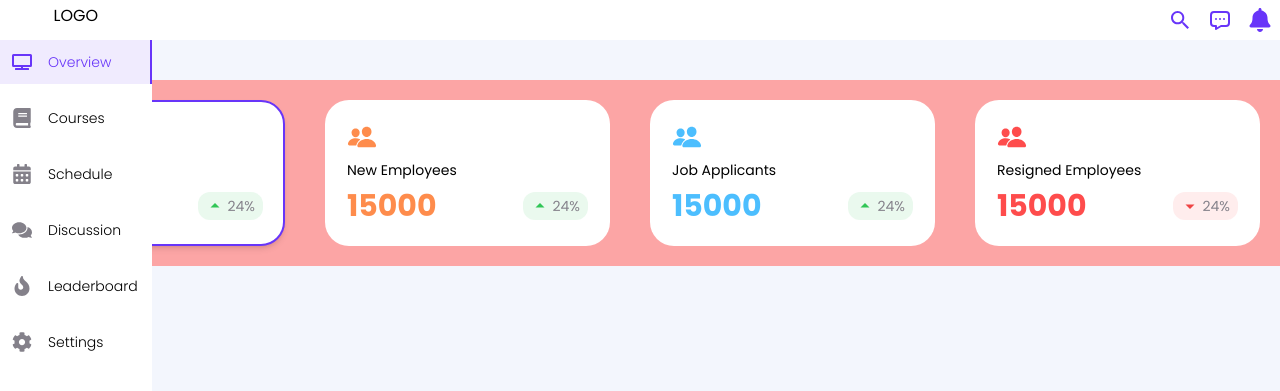
Repository: SpicierEwe/creativeio_hr_dashboard
Page: /
These files come from the project's save history. The page is drawn as it stood at one moment and after the next save; the edit follows.
The browser window is 1280 px wide. The pictures show the whole page.
The project was rebuilt for these pictures with package versions that can differ from the ones it lists, and the page was loaded fresh each time. Also part of the build but not shown: src/components/dashboard/sections/sections_2/section_2.jsx. Imported but missing from the stored project, and not drawn on this page: src/components/dashboard/sections/sections_2/charts/pie_chart.

Above is the page before, as saved 2024-06-28 23:28:24.

### public/index.html
<!DOCTYPE html>
<html lang="en">
  <head>
    <meta charset="utf-8" />
    <link rel="icon" href="%PUBLIC_URL%/favicon.ico" />
    <meta name="viewport" content="width=device-width, initial-scale=1" />
    <meta name="theme-color" content="#000000" />
    <meta
      name="description"
      content="A perfectly optmized HR Dashboard for all screens sizes to give you the best possible user experience no matter the type of screen size you use."
    />
    <link rel="apple-touch-icon" href="%PUBLIC_URL%/logo192.png" />
    <!--
      manifest.json provides metadata used when your web app is installed on a
      user's mobile device or desktop. See https://developers.google.com/web/fundamentals/web-app-manifest/
    -->
    <link rel="manifest" href="%PUBLIC_URL%/manifest.json" />
    <!--
      Notice the use of %PUBLIC_URL% in the tags above.
      It will be replaced with the URL of the `public` folder during the build.
      Only files inside the `public` folder can be referenced from the HTML.

      Unlike "/favicon.ico" or "favicon.ico", "%PUBLIC_URL%/favicon.ico" will
      work correctly both with client-side routing and a non-root public URL.
      Learn how to configure a non-root public URL by running `npm run build`.
    -->
    <title>HR Dashboard</title>
  </head>
  <body>
    <noscript>You need to enable JavaScript to run this app.</noscript>
    <div id="root"></div>
    <!--
      This HTML file is a template.
      If you open it directly in the browser, you will see an empty page.

      You can add webfonts, meta tags, or analytics to this file.
      The build step will place the bundled scripts into the <body> tag.

      To begin the development, run `npm start` or `yarn start`.
      To create a production bundle, use `npm run build` or `yarn build`.
    -->
  </body>
</html>

### src/index.css
@import url('https://fonts.googleapis.com/css2?family=Poppins:ital,wght@0,100;0,200;0,300;0,400;0,500;0,600;0,700;0,800;0,900;1,100;1,200;1,300;1,400;1,500;1,600;1,700;1,800;1,900&display=swap');


@tailwind base;
@tailwind components;
@tailwind utilities;

@layer base {
    :root {
        --color-primary: #ffffff;
        --color-secondary: #f3f6fd;
        --accent: #6835f9;
        --accent-light: #f0ebfe;

        --font-primary: #202020;
        --font-secondary: #84818A;
        --font-tertiary: #47464A;
        /* Corrected the double # */
    }

    .hide-scrollbar::-webkit-scrollbar {
        display: none;
    }

    .hide-scrollbar {
        -ms-overflow-style: none;
        /* IE and Edge */
        scrollbar-width: none;
        /* Firefox */
    }

    body {
        font-family: 'Poppins', sans-serif;
        background-color: var(--color-secondary);
    }

    h1,
    h2,
    h3,
    h4 {
        color: var(--font-primary);
    }





    p {
        color: var(--font-secondary);
    }
}

### src/App.js
import { BrowserRouter as Router, Routes, Route } from "react-router-dom";

import "./App.css";
import DashBoard from "./components/dashboard/dashboard";
import SideNav from "./components/side_nav/side_nav";
import { useRef } from "react";

function App() {
  const sideRef = useRef(null);
  return (
    <Router>
      <div className="App overflow-x-hidden ">
        <div className="flex max-w-screen-2xl w-screen">
          {/* side and top nav  */}
          <div ref={sideRef} className="">
            <SideNav />
          </div>
          {/* right content */}
          <div className="w-[100%] pt-20  ">
            <Routes>
              <Route path="/" element={<DashBoard />} />
            </Routes>
          </div>
        </div>
      </div>
    </Router>
  );
}

export default App;

### src/components/dashboard/dashboard.jsx
import Section1 from "./sections/section_1/section_1";
import Section2 from "./sections/sections_2/section_2";

function DashBoard() {
  return (
    <div>
      <div className=" ">
        <Section1 />
      </div>

      <div className="">{/* <Section2 /> */}</div>
    </div>
  );
}

export default DashBoard;

### src/components/side_nav/side_nav.jsx
import React, { useEffect, useState } from "react";

import {
  FaComments,
  FaCog,
  FaFire,
  FaCalendarAlt,
  FaBook,
  FaTv,
  FaBell,
} from "react-icons/fa";
import { IoMdSearch } from "react-icons/io";
import { TbMessageDots } from "react-icons/tb";
import { Link, redirect, useLocation } from "react-router-dom";

const menuItems = [
  { id: 1, icon: <FaTv />, label: "Overview", notifications: 0, redirect: "/" },
  {
    id: 2,
    icon: <FaBook />,
    label: "Courses",
    notifications: 0,
    redirect: "/courses",
  },
  {
    id: 3,
    icon: <FaCalendarAlt />,
    label: "Schedule",
    notifications: 2,
    redirect: "/schedule",
  },
  {
    id: 4,
    icon: <FaComments />,
    label: "Discussion",
    notifications: 0,
    redirect: "/discussion",
  },
  {
    id: 5,
    icon: <FaFire />,
    label: "Leaderboard",
    notifications: 0,
    redirect: "/leaderboard",
  },
  {
    id: 6,
    icon: <FaCog />,
    label: "Settings",
    notifications: 0,
    redirect: "/settings",
  },
];

function SideNav() {
  const [selectedNavIndex, setSelectedNavIndex] = useState(0);

  const location = useLocation();

  useEffect(() => {
    const path = location.pathname;
    const index = menuItems.findIndex((item) => item.redirect === path);
    setSelectedNavIndex(index);
  }, [location.pathname]);

  return (
    <div className="fixed">
      {/* top nav */}
      <TopNavBar />

      {/* side nav */}
      <ul className="flex flex-col fixed  gap-3 h-screen justify-between z-[999] bg-primary">
        <div className="flex flex-col  gap-3">
          {/*  LOGO images */}

          <div className="mt-1">LOGO</div>

          {/* <h2>Main Menu</h2> */}
          {menuItems.map((item, index) => {
            const isSelected = selectedNavIndex === index;
            return (
              <Link to={item.redirect}>
                <li
                  key={item.id}
                  // bg
                  className={`p-3 border-r-2 ${
                    isSelected ? "border-accent" : "border-primary"
                  } text-md cursor-pointer w-full ${
                    isSelected ? "bg-accent_light" : ""
                  } transition-all duration-200 ease-in-out`}
                  onClick={() => setSelectedNavIndex(index)}
                >
                  <div className="flex justify-between gap-10 ">
                    <div className="flex gap-4">
                      {/* item icon */}
                      <div
                        className={` text-2xl lg:text-xl ${
                          isSelected ? "text-accent" : "text-secondary"
                        }  `}
                      >
                        {item.icon}
                      </div>

                      {/* lable */}
                      <div
                        className={`hidden lg:block text-sm font-light ${
                          isSelected ? "text-accent" : ""
                        } `}
                      >
                        {item.label}
                      </div>
                    </div>
                  </div>
                </li>
              </Link>
            );
          })}
        </div>
      </ul>
    </div>
  );
}

export default SideNav;
const TopNavBar = () => {
  const icons = [<IoMdSearch />, <TbMessageDots />, <FaBell />];
  return (
    <div className="bg-primary w-screen fixed  max-w-screen-2xl">
      {/* mobile */}
      <div className="flex justify-between">
        <div></div>

        {/* icons */}
        <div className="flex">
          {icons.map((icon, index) => (
            <div
              key={index}
              className="flex justify-end p-2 text-2xl text-accent"
            >
              {icon}
            </div>
          ))}
        </div>
      </div>
    </div>
  );
};

### src/components/dashboard/sections/section_1/section_1.jsx
import { useState } from "react";
import { IoPeople } from "react-icons/io5";
import { RiArrowUpSFill } from "react-icons/ri";

function Section1() {
  const data = [
    {
      icon: <IoPeople />,
      title: "Total Employees",
      count: 15000,
      percentage: "24%",
      color: "#6835f9",
      drop: false,
    },
    {
      icon: <IoPeople />,
      title: "New Employees",
      count: 15000,
      percentage: "24%",
      color: "#fe8c4c",
      drop: false,
    },
    {
      icon: <IoPeople />,
      title: "Job Applicants",
      count: 15000,
      percentage: "24%",
      color: "#4cbefe",
      drop: false,
    },
    {
      icon: <IoPeople />,
      title: "Resigned Employees",
      count: 15000,
      percentage: "24%",
      color: "#fe4c4c",
      drop: true,
    },
  ];

  function hexToRGBA(hex, opacity) {
    let r = 0,
      g = 0,
      b = 0;
    if (hex.length === 4) {
      r = parseInt(hex[1] + hex[1], 16);
      g = parseInt(hex[2] + hex[2], 16);
      b = parseInt(hex[3] + hex[3], 16);
    } else if (hex.length === 7) {
      r = parseInt(hex[1] + hex[2], 16);
      g = parseInt(hex[3] + hex[4], 16);
      b = parseInt(hex[5] + hex[6], 16);
    }
    return `rgba(${r},${g},${b},${opacity})`;
  }

  const item = {
    color: "#ff5733", // Example color
  };

  const boxShadowColor = hexToRGBA(item.color, 0.3);
  const boxShadow = `0 4px 10px -3px ${boxShadowColor}`;
  console.log(boxShadow);

  const [selectedIndex, setSelectedIndex] = useState(0);

  return (
    <div className="hide-scrollbar flex gap-5 lg:gap-10 overflow-x-auto hide-scroll w-full p-5 pl-0   xl:grid grid-cols-4 bg-red-300">
      {data.map((item, index) => {
        return (
          <div
            key={index}
            onClick={() => setSelectedIndex(index)}
            className={`text-start rounded-3xl p-5 bg-primary flex flex-col items-start cursor-pointer ${
              selectedIndex === index ? `shadow-md` : ""
            } transition-all duration-200 ease-in-out `}
            style={{
              border: `2px ${
                selectedIndex === index ? item.color : "transparent"
              } solid`,
            }}
          >
            <div
              className="text-3xl"
              style={{
                color: item.color,
              }}
            >
              {item.icon}
            </div>
            <div className=" mt-2 text-sm  whitespace-nowrap">{item.title}</div>
            <div className="w-full flex gap-3 mt-2  items-center justify-between">
              <p
                className="text-3xl font-bold"
                style={{
                  color: item.color,
                }}
              >
                {item.count}
              </p>
              <div
                className="flex gap-1 items-center w-fit rounded-xl py-1 px-2"
                style={{
                  color: item.drop ? "red" : "green",
                  backgroundColor: item.drop
                    ? "rgba(254, 76, 76, 0.1)"
                    : "rgba(49, 198, 86, 0.1)",
                }}
              >
                {!item.drop ? (
                  <RiArrowUpSFill className="text-[#31c656] text-lg" />
                ) : (
                  <RiArrowUpSFill className="text-red-500 text-lg rotate-180" />
                )}
                <p className="text-sm">{item.percentage}</p>
              </div>
            </div>
          </div>
        );
      })}
    </div>
  );
}

export default Section1;

### tailwind.config.js
/** @type {import('tailwindcss').Config} */
module.exports = {
  content: ["./src/**/*.{js,jsx,ts,tsx}"],
  theme: {
    extend: {
      colors: {
        primary: "var(--color-primary)",
        secondary: "var(--color-secondary)",
        accent: "var(--accent)",
        accent_light: "var(--accent-light)",
      },
      textColor: {
        primary: "var(--font-primary)",
        secondary: "var(--font-secondary)",
        tertiary: "var(--font-tertiary)",
      },
    },
  },
  plugins: [],
};

Loaded but not shown: src/index.js (common file); src/reportWebVitals.js (common file); src/App.css (common file)

After the next save:
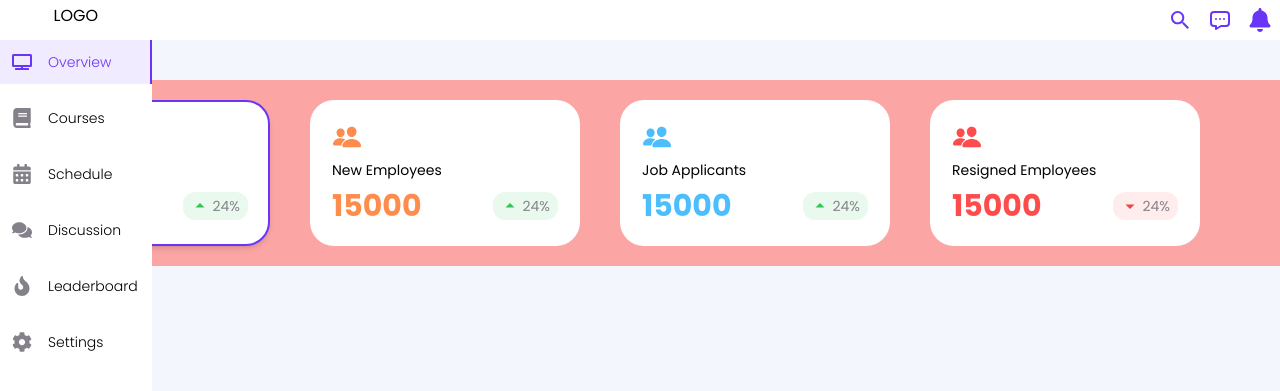
Saved 7 s later.
--- a/src/components/dashboard/sections/section_1/section_1.jsx
+++ b/src/components/dashboard/sections/section_1/section_1.jsx
@@ -65,7 +65,7 @@
   const [selectedIndex, setSelectedIndex] = useState(0);
 
   return (
-    <div className="hide-scrollbar flex gap-5 lg:gap-10 overflow-x-auto hide-scroll w-full p-5 pl-0   xl:grid grid-cols-4 bg-red-300">
+    <div className="hide-scrollbar flex gap-5 lg:gap-10 overflow-x-auto hide-scroll w-full p-5 pl-0   xl:grid grid-cols-4 bg-red-300 pr-20">
       {data.map((item, index) => {
         return (
           <div

After the save that followed:
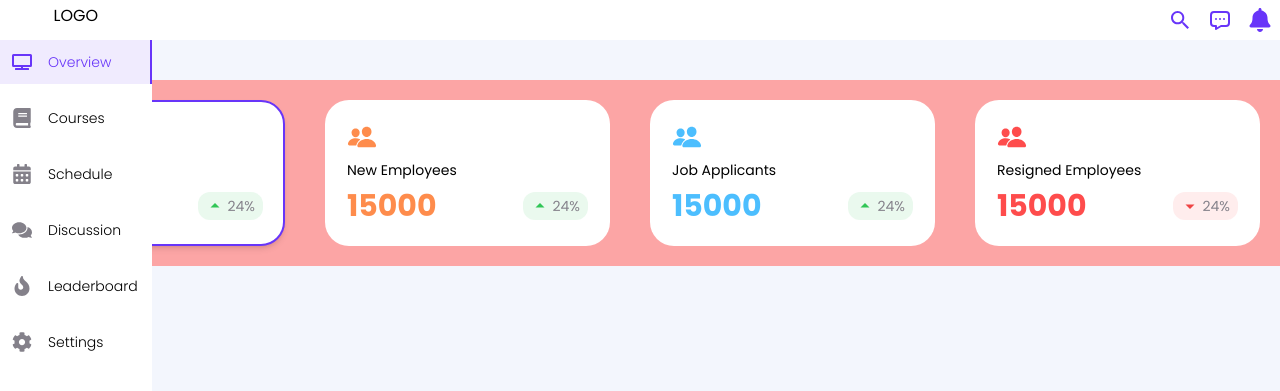
Saved 4 s later.
--- a/src/components/dashboard/sections/section_1/section_1.jsx
+++ b/src/components/dashboard/sections/section_1/section_1.jsx
@@ -65,7 +65,7 @@
   const [selectedIndex, setSelectedIndex] = useState(0);
 
   return (
-    <div className="hide-scrollbar flex gap-5 lg:gap-10 overflow-x-auto hide-scroll w-full p-5 pl-0   xl:grid grid-cols-4 bg-red-300 pr-20">
+    <div className="hide-scrollbar flex gap-5 lg:gap-10 overflow-x-auto hide-scroll w-full p-5 pl-0   xl:grid grid-cols-4 bg-red-300">
       {data.map((item, index) => {
         return (
           <div
